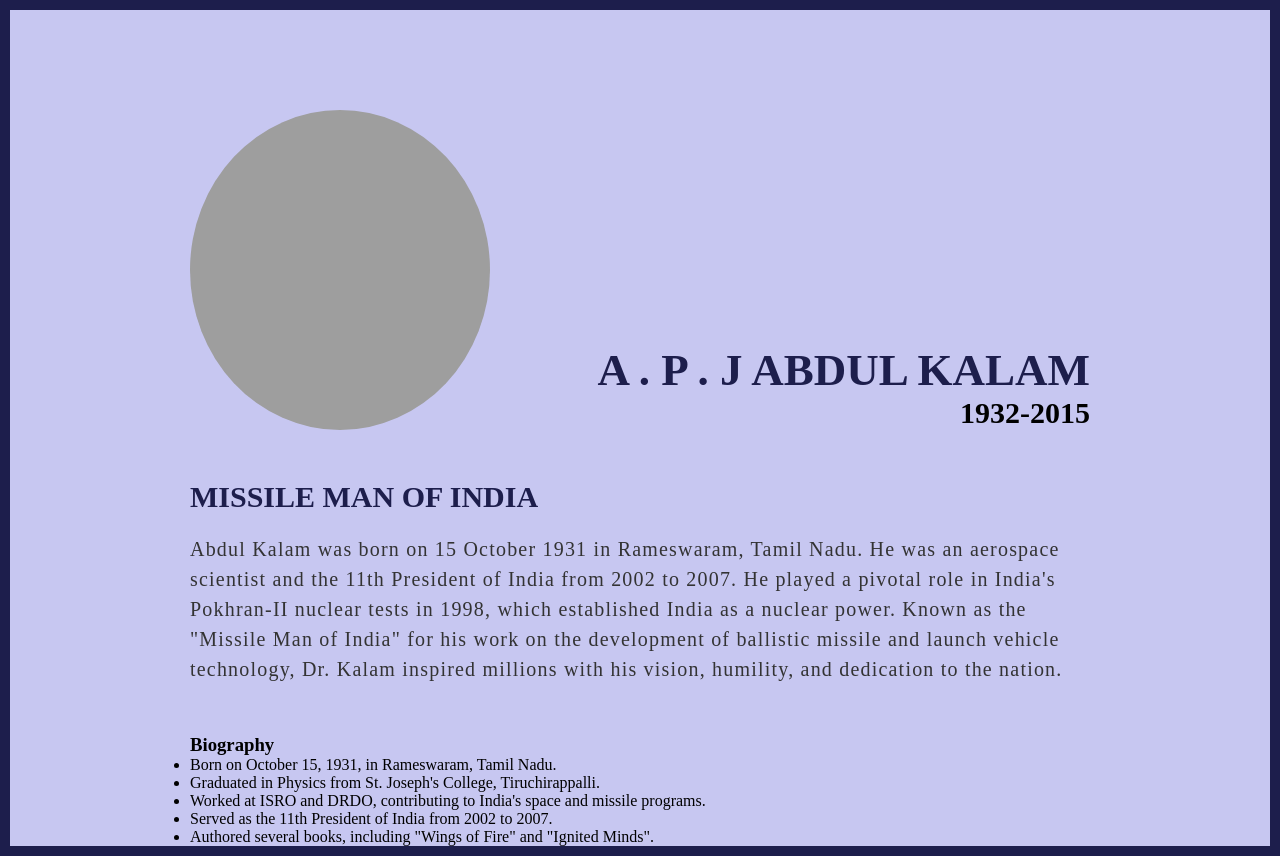
Repository: Mohitkumar1322/FrontendPracticee
Page: abdulkalam/index.html
The author's editor kept a copy of each file at every save. The page is drawn from the files as they stood at one save, then again after a run of saves.
The browser window is 1280 px wide. The pictures show the whole page.
Pictures or frames that could not be fetched are drawn as grey boxes.

Above is the page before, as saved 2025-07-02 22:02:21.

### abdulkalam/index.html
<!DOCTYPE html>
<html lang="en">
<head>
    <meta charset="UTF-8">
    <meta name="viewport" content="width=device-width, initial-scale=1.0">
    <title>The Tribute Website</title>
    <link rel="stylesheet" href="style.css">
</head>
<body>
    <div class="container">
        <div class="content">
            <section class="top_section">
                <div class="image_container">
                    <img src="apj.jpg" alt="tribute">
                </div>
                <div>
                    <h1>
                        A . P . J Abdul Kalam
                    </h1>
                    <h4>
                        1932-2015
                    </h4>
                </div>


            </section>
            <section class="about_section">
                <h2>
                    Missile Man of India
                </h2>
                <p>
                    Abdul Kalam was born on 15 October 1931 in Rameswaram, Tamil Nadu. He was an aerospace scientist and the 11th President of India from 2002 to 2007. He played a pivotal role in India's Pokhran-II nuclear tests in 1998, which established India as a nuclear power. Known as the "Missile Man of India" for his work on the development of ballistic missile and launch vehicle technology, Dr. Kalam inspired millions with his vision, humility, and dedication to the nation.

                </p>


            </section>
            <section class="biography_section">
                <h3>
                    Biography
                </h3>
                <ul>
                    <li>
                        Born on October 15, 1931, in Rameswaram, Tamil Nadu.
                    </li>
                    <li>
                        Graduated in Physics from St. Joseph's College, Tiruchirappalli.
                    </li>
                    <li>
                        Worked at ISRO and DRDO, contributing to India's space and missile programs.
                    </li>

                    <li>
                        Served as the 11th President of India from 2002 to 2007.
                    </li>
                    <li>
                        Authored several books, including "Wings of Fire" and "Ignited Minds".
                    </li>
                </ul>
            </section>

        </div>
    </div>


</body>
</html>

### abdulkalam/style.css
*{
    padding:0;
    margin:0;
    box-sizing: border-box;

}


.container{
    background-color: #c7c7f1;
    min-height: 100vh;
    border:10px solid #1d1e4c;

}
.content{
    max-width: 900px;
    margin: 0 auto
}
.top_section{
    margin-top: 100px;
    display:flex;
    justify-content: space-between;
    align-items: flex-end;

}
.top_section h4{
    text-align: end;
    font-size: 30px;
}
.top_section h1{
    font-size: 45px;
    font-weight: bold;
    color:#1d1e4c;
    text-transform:uppercase;

}
.image_container{
    border-radius: 50%;
    overflow: hidden;
}

.image_container, img{
    width:300px;
    height: 320px;


}
.about_section{
    margin-top: 50px;

}
.about_section h2{
    font-size: 30px;
    color: #1d1e4c;
    text-transform: uppercase;
    margin-bottom: 20px;
}
.about_section p{
    font-size: 20px;
    line-height: 30px;
    color: #333;
    margin-bottom: 20px;
    letter-spacing: 1.2px;
}
.biography_section{
    margin-top: 50px;

}

.biography_section

After the next 2 saves:
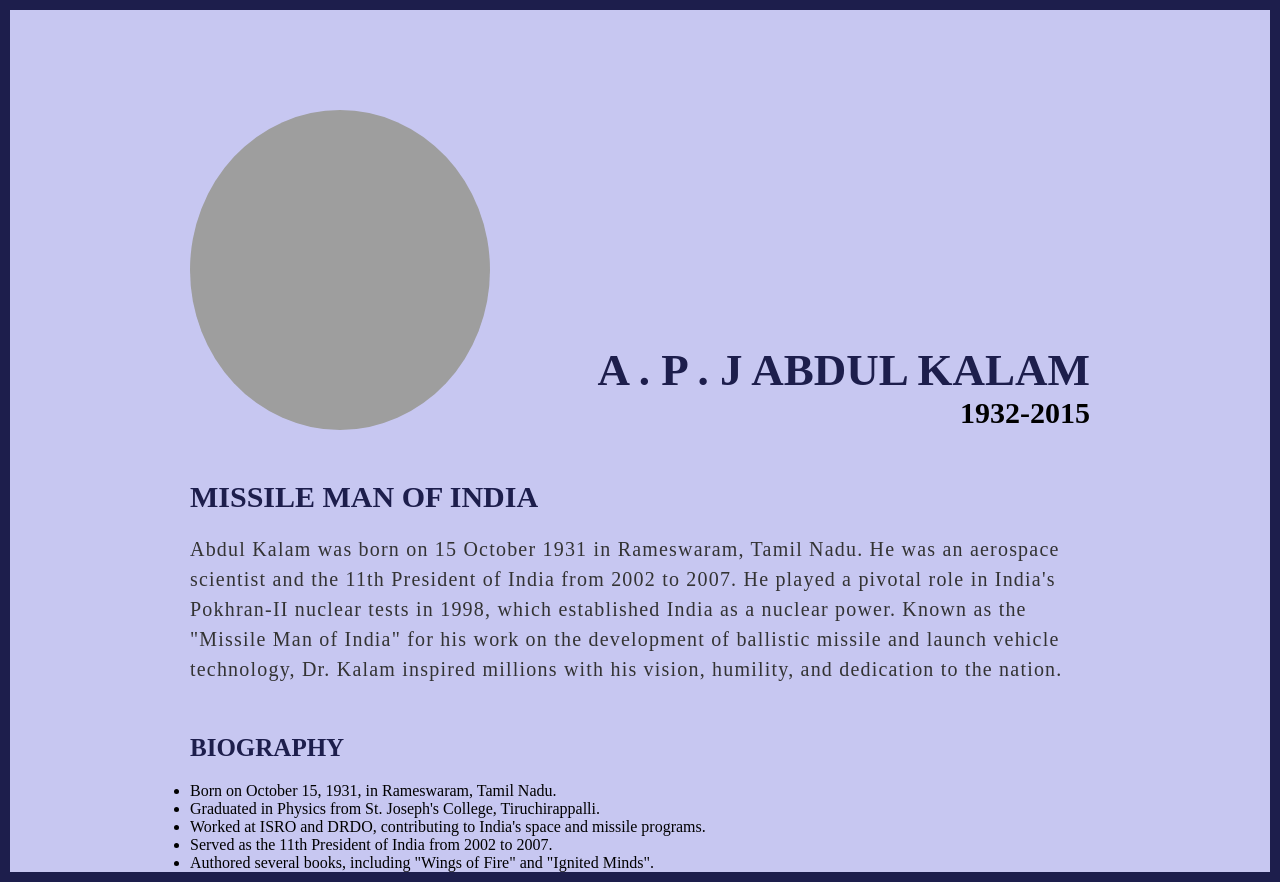
The 2 saves are shown as one change because they came seconds apart.
The last was saved 6 s later.
--- a/abdulkalam/style.css
+++ b/abdulkalam/style.css
@@ -67,4 +67,9 @@
 
 }
 
-.biography_section
+.biography_section h3{
+    font-size: 25px;
+    color: #1d1e4c;
+    text-transform: uppercase;
+    margin-bottom: 20px;
+}
